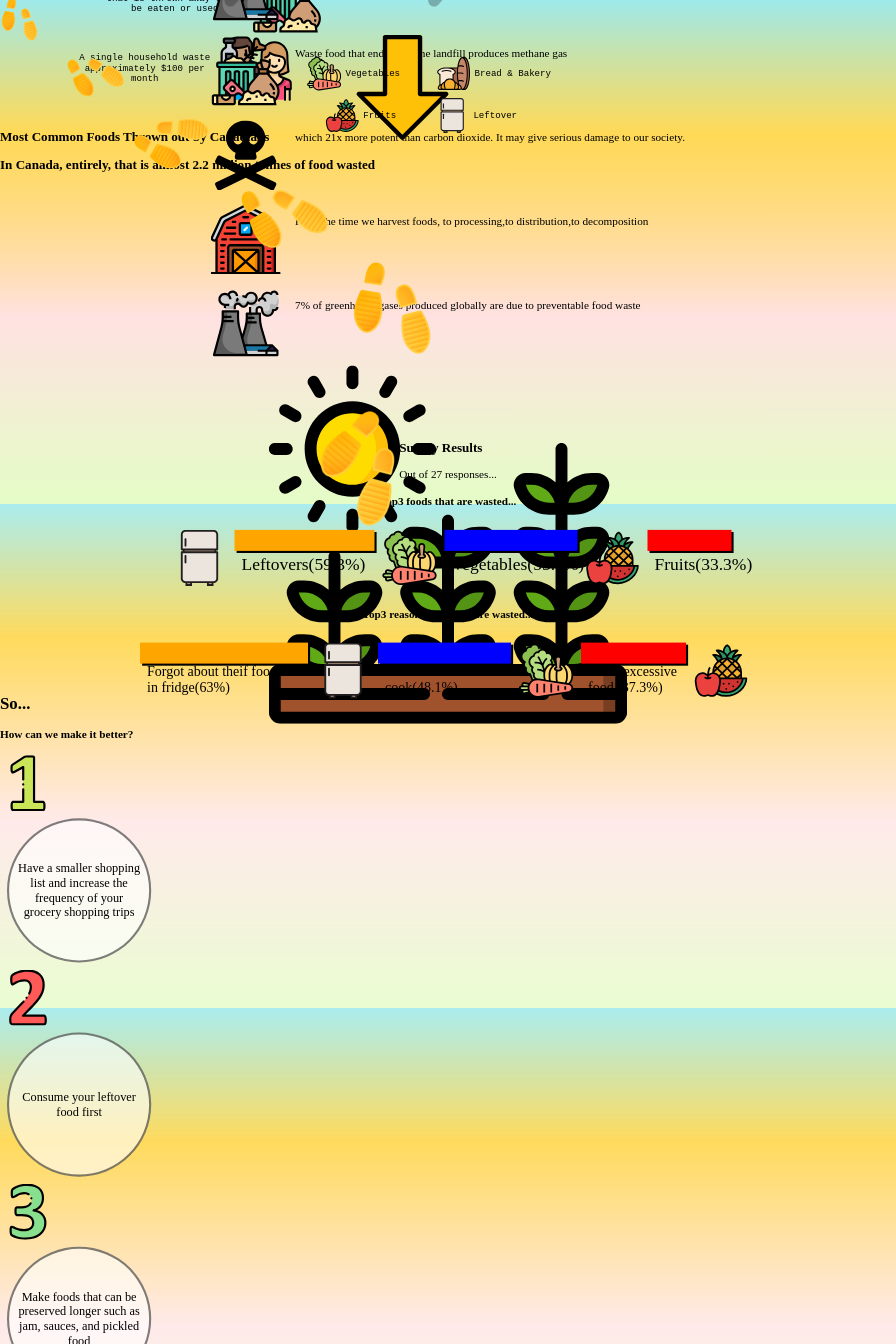
Repository: iorid3/Midterm
Page: index.html
These files come from the project's save history. The page is drawn as it stood at one moment and after the next save; the edit follows.
The browser window is 1280 px wide. The pictures show the part of the page from y = 0 to 1920 px (the page is 2758 px tall), at 70% of full size.

Above is the page before, as saved 2021-03-09 11:44:44.

After the next save:
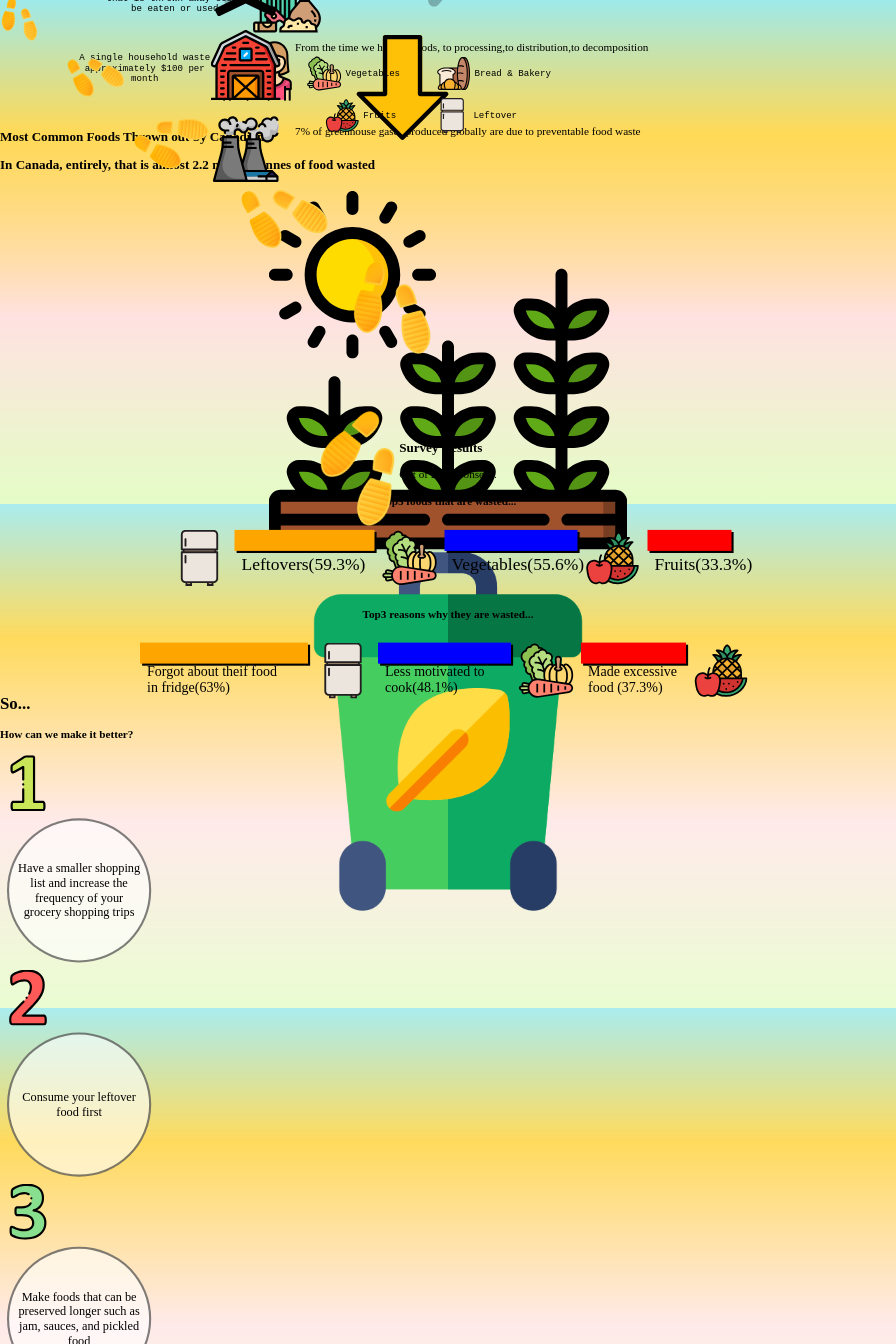
Saved 50 s later.
--- a/index.html
+++ b/index.html
@@ -48,7 +48,7 @@
 
                 <div class = "container2">
                     <div><img src = "./Images/crop.svg"></div>
-                    <div><img src = ""></div>
+                    <div><img src = "./Images/recycling.png"></div>
                     <div><img src = ""></div>
                 </div>
 
